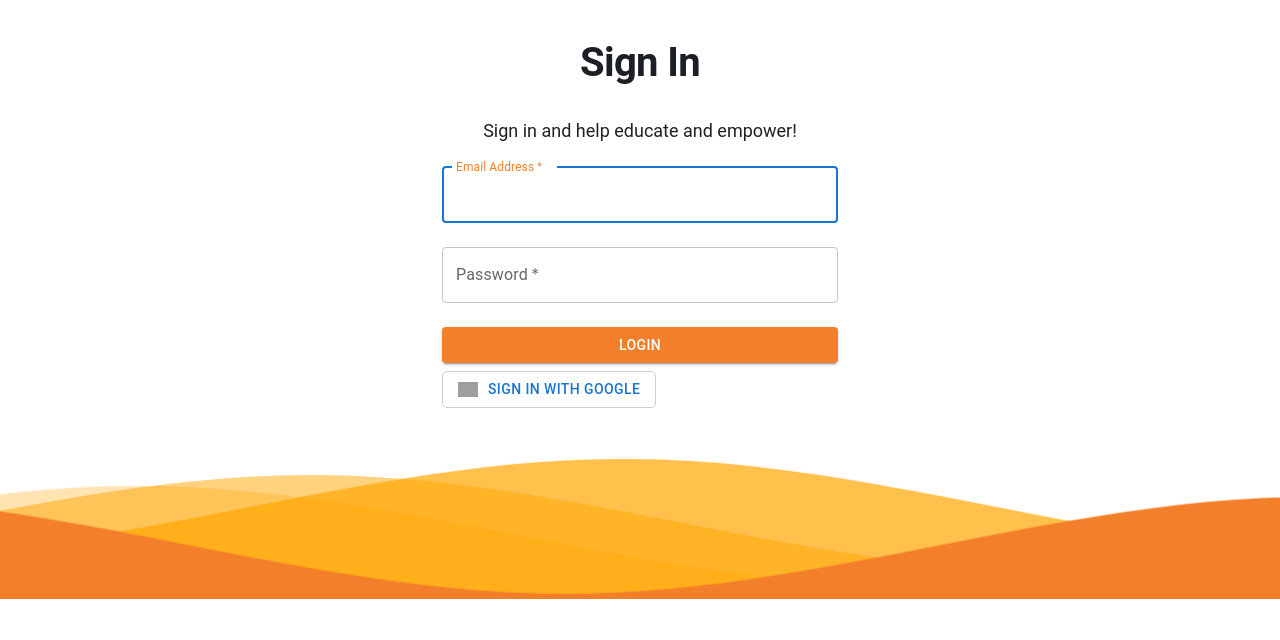
Repository: shubhampirate/Google_Solutions_Edural
Page: /
These files come from the project's save history. The page is drawn as it stood at one moment and after the next save; the edit follows.
The browser window is 1280 px wide. The pictures show the whole page.
Pictures or frames that could not be fetched are drawn as grey boxes. The project was rebuilt for these pictures with package versions that can differ from the ones it lists, and the page was loaded fresh each time. Some packages were replaced by stand-ins written for this rebuild. Also part of the build but not shown: src/Components/CustomButton.jsx, src/Components/Navbar.jsx, src/Components/Footer.jsx, src/Components/CongratsCard.jsx, src/pages/Hero/Hero.jsx.

Above is the page before, as saved 2024-02-02 23:35:33.

### src/App.jsx
import Hero from "./pages/Hero/Hero";
import SignIn from "./pages/Sign_in";
import {useState} from "react";
function App() {
  return (
    <>
      {/* <Hero />   */}
      <SignIn />
         </>
  );
}

export default App;

### src/pages/Sign_in.jsx
import * as React from 'react';
import Avatar from '@mui/material/Avatar';
import Button from '@mui/material/Button';
import CssBaseline from '@mui/material/CssBaseline';
import TextField from '@mui/material/TextField';
import FormControlLabel from '@mui/material/FormControlLabel';
import Checkbox from '@mui/material/Checkbox';
import Link from '@mui/material/Link';
import Grid from '@mui/material/Grid';
import Box from '@mui/material/Box';
import LockOutlinedIcon from '@mui/icons-material/LockOutlined';
import Typography from '@mui/material/Typography';
import Container from '@mui/material/Container';
import { createTheme, ThemeProvider } from '@mui/material/styles';
import { styled } from "@mui/material";
import Swal from 'sweetalert2';
import CustomButton from "../Components/CustomButton";
// import { useNavigate } from 'react-router-dom';

const defaultTheme = createTheme();

export default function SignIn() {

//   const navigate = useNavigate();

  const handleSubmit = (event) => {
    event.preventDefault();
    const data = new FormData(event.currentTarget);

    const searchData = {
      email: data.get('email'),
      password: data.get('password'),
    }
    console.log({
      email: data.get('email'),
      password: data.get('password'),
    });

    // fetch(`https://wixstocle.pythonanywhere.com/api/login/`, {
    //   method: 'POST',
    //   headers: {
    //     'Content-Type': 'application/json',
    //   },
    //   body: JSON.stringify(searchData),
    // }).then((response) => response.json())
    //   .then((data) => {
    //     // console.log(data);
    //     if (data.status == true) {
    //       Swal.fire({
    //         icon: 'success',
    //         title: 'Successfully Logged In',
    //         showConfirmButton: false,
    //         timer: 3000
    //       })
    //       navigate('/dashboard')
    //     }
    //     else {
    //       Swal.fire({
    //         icon: 'error',
    //         title: data.message,
    //         showConfirmButton: false,
    //         timer: 3000
    //       })
    //     }
    //   })
    //   .catch((error) => {
    //     // console.error(error);
    //   });

  };
  const Title = styled(Typography)(({ theme }) => ({
    fontSize: "40px",
    color: "#000336",
    fontWeight: "bold",
    textAlign: "center",
    margin: theme.spacing(4, 0, 4, 0),
    [theme.breakpoints.down("sm")]: {
      fontSize: "40px",
    },
  }));


  return (
    <ThemeProvider theme={defaultTheme}>
    <Container component="main" maxWidth="xs">
      <CssBaseline />
      <Box
        sx={{
          marginTop: 1,
          display: 'flex',
          flexDirection: 'column',
          alignItems: 'center',
        }}
      >
        <Title variant="h1" sx={{ color: "#1C1F25" }}>
            Sign In
           </Title>
        <Typography component="h2" variant="h5" sx={{ fontSize: "18px" }}>
          Sign in and help educate and empower!
        </Typography>
        <Box component="form" onSubmit={handleSubmit} noValidate sx={{ mt: 1 }}>
          <TextField
            margin="normal"
            required
            fullWidth
            id="email"
            label="Email Address"
            name="email"
            autoComplete="email"
            autoFocus
            sx={{
                '& .MuiOutlinedInput-root': {
                  '&:hover fieldset': {
                    borderColor: "#F47F2A", // Outline color on hover
                  },
                },
                '& .Mui-focused fieldset': {
                  borderColor: "#F47F2A", // Outline color when focused
                },

                '& .MuiInputLabel-root.Mui-focused': {
                  color: "#F47F2A", // Label color when focused
                },
                '& .MuiInputBase-input': {
                  color: "#F47F2A", // Text color
                },
              }}
          />
          <TextField
            margin="normal"
            required
            fullWidth
            name="password"
            label="Password"
            type="password"
            id="password"
            autoComplete="current-password"
            sx={{
                '& .MuiOutlinedInput-root': {
                  '&:hover fieldset': {
                    borderColor: "#F47F2A", // Outline color on hover
                  },
                },
                '& .Mui-focused fieldset': {
                  borderColor: "#F47F2A", // Outline color when focused
                },

                '& .MuiInputLabel-root.Mui-focused': {
                  color: "#F47F2A", // Label color when focused
                },
                '& .MuiInputBase-input': {
                  color: "#F47F2A", // Text color
                },
              }}
          />
          {/* <FormControlLabel
            control={<Checkbox value="remember" color="primary" />}
            label="Remember me"
          /> */}
          <Button
            type="submit"
            fullWidth
            variant="contained"

            sx={{
              mt: 2,
              mb: 1,
              backgroundColor: "#F47F2A", // Background color on hover
                color: "#fff", // Text color on hover
                // borderColor: "#F47F2A", //
              '&:hover': {
                backgroundColor: "#fff", // Background color on hover
                color: "#F47F2A", // Text color on hover
                borderColor: "#F47F2A", // Outline color on hover
              },
            }}
          >
            Login
          </Button>
          <Button
    //   onClick={handleGoogleSignIn}
      variant="outlined"
      style={{ backgroundColor: '#fff', border: '1px solid #ccc', borderRadius: '5px', cursor: 'pointer' }}
    >
      <img
        src="https://upload.wikimedia.org/wikipedia/commons/5/53/Google_%22G%22_Logo.svg"
        alt="Google Icon"
        style={{ width: '20px', marginRight: '10px' }}
      />
      Sign In with Google
    </Button>
          {/* <Grid container>
            <Grid item xs>
              <Link href="#" variant="body2">
                Forgot password?
              </Link>
            </Grid>
          </Grid> */}
        </Box>
      </Box>
    </Container>
    <div style={{ marginTop: "2.5rem", marginBottom: "-1rem" }}>
  <svg
    style={{
      position: 'relative',
      width: '100%',
      height: '21vh',
    }}
    xmlns="http://www.w3.org/2000/svg"
    xmlnsXlink="http://www.w3.org/1999/xlink"
    viewBox="0 24 150 28"
    preserveAspectRatio="none"
    shapeRendering="auto"
  >
    <defs>
      <path
        id="gentle-wave"
        d="M-160 44c30 0 58-18 88-18s 58 18 88 18 58-18 88-18 58 18 88 18 v44h-352z"
      />
    </defs>
    <g className="parallax">
      <use xlinkHref="#gentle-wave" x="48" y="0" fill="rgba(255,165,0,0.7)" />
      <use xlinkHref="#gentle-wave" x="48" y="3" fill="rgba(255,165,0,0.5)" />
      <use xlinkHref="#gentle-wave" x="48" y="5" fill="rgba(255,165,0,0.3)" />
      <use xlinkHref="#gentle-wave" x="48" y="7" fill="#F47F2A" />
    </g>
  </svg>
  <style>
    {`
      .parallax > use {
        animation: move-forever 25s cubic-bezier(.55,.5,.45,.5) infinite;
      }
      .parallax > use:nth-child(1) {
        animation-delay: -2s;
        animation-duration: 7s;
      }
      .parallax > use:nth-child(2) {
        animation-delay: -3s;
        animation-duration: 10s;
      }
      .parallax > use:nth-child(3) {
        animation-delay: -4s;
        animation-duration: 13s;
      }
      .parallax > use:nth-child(4) {
        animation-delay: -5s;
        animation-duration: 20s;
      }
      @keyframes move-forever {
        0% {
          transform: translate3d(-90px,0,0);
        }
        100% {
          transform: translate3d(85px,0,0);
        }
      }
      @media (max-width: 768px) {
        .waves {
          height: 40px;
          min-height: 40px;
        }
      }
    `}
  </style>
</div>


    </ThemeProvider>
  );
}

Loaded but not shown: public/index.html (common file); src/index.js (common file); src/index.css (common file)

After the next save:
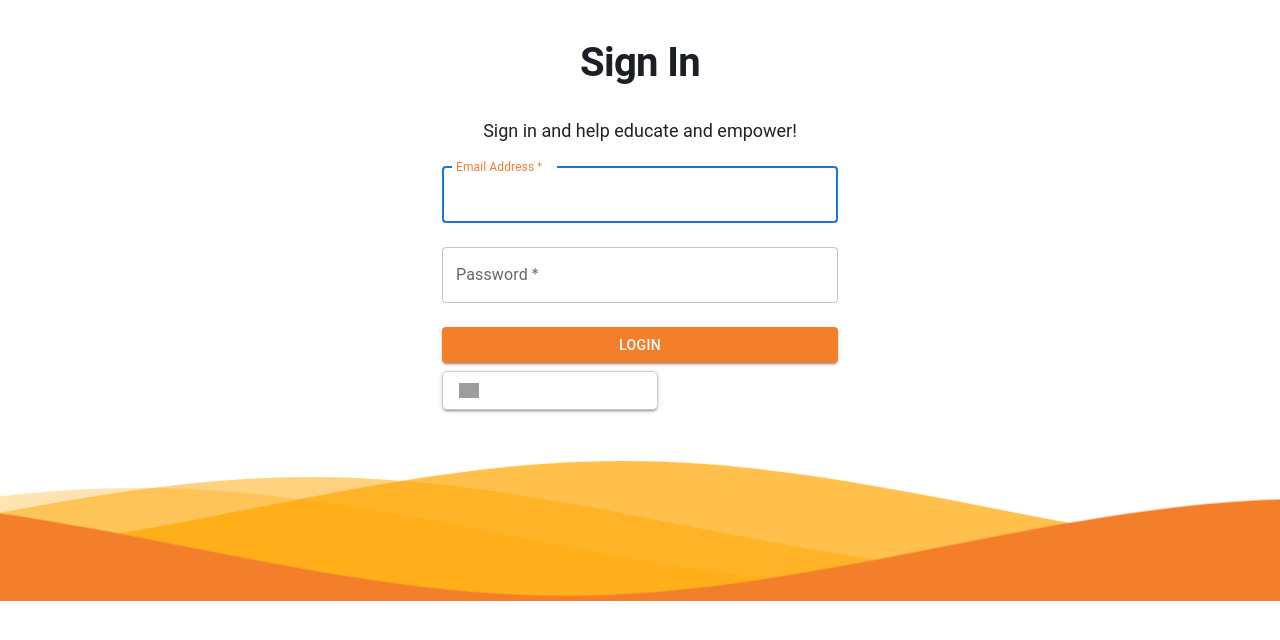
Saved 64 s later.
--- a/src/pages/Sign_in.jsx
+++ b/src/pages/Sign_in.jsx
@@ -179,7 +179,7 @@ export default function SignIn() {
           </Button>
           <Button
     //   onClick={handleGoogleSignIn}
-      variant="outlined"
+      variant="contained"
       style={{ backgroundColor: '#fff', border: '1px solid #ccc', borderRadius: '5px', cursor: 'pointer' }}
     >
       <img

After the save that followed:
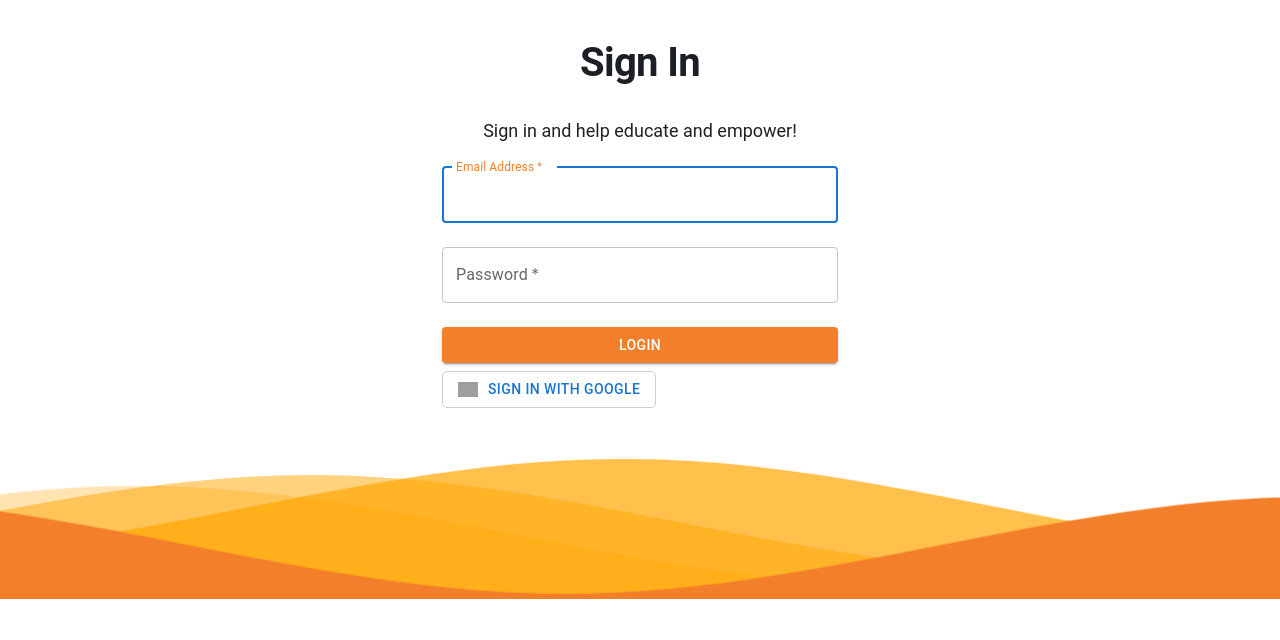
Saved 3 min 28 s later.
--- a/src/pages/Sign_in.jsx
+++ b/src/pages/Sign_in.jsx
@@ -179,7 +179,7 @@ export default function SignIn() {
           </Button>
           <Button
     //   onClick={handleGoogleSignIn}
-      variant="contained"
+      variant="outlined"
       style={{ backgroundColor: '#fff', border: '1px solid #ccc', borderRadius: '5px', cursor: 'pointer' }}
     >
       <img
